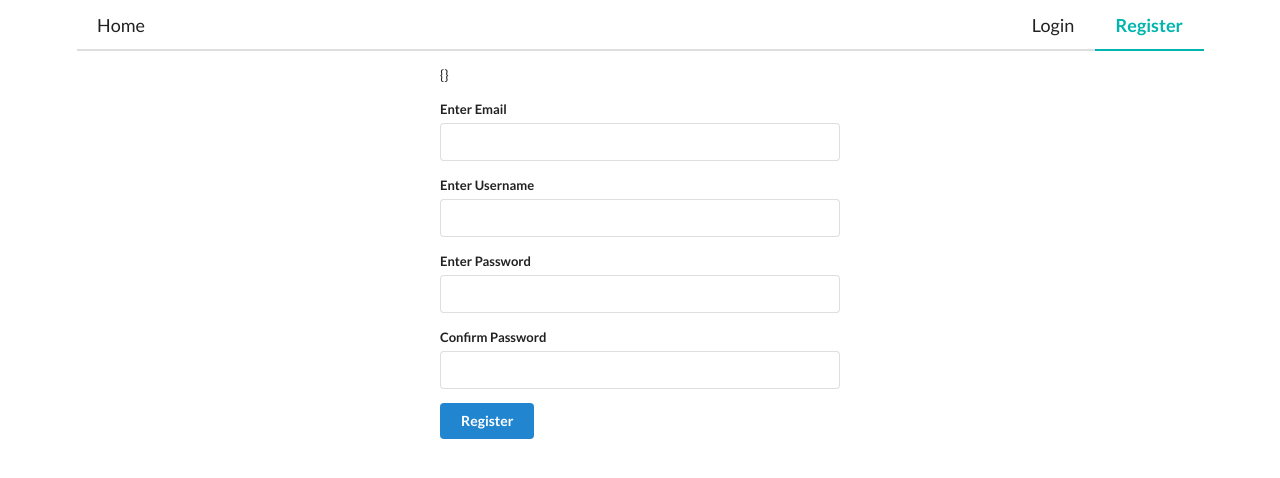
Repository: m-ahmadshaikh/SociaSpark
Page: /register (app in client/)
These files come from the project's save history. The page is drawn as it stood at one moment and after a run of saves; the edit follows.
The browser window is 1280 px wide. The pictures show the whole page.
The project was rebuilt for these pictures with package versions that can differ from the ones it lists, and the page was loaded fresh each time. Also part of the build but not shown: client/vite.config.js, client/src/components/PostCard.jsx, client/src/pages/Home.jsx, client/src/pages/Login.jsx.

Above is the page before, as saved 2022-10-23 15:38:14.

### client/index.html
<!DOCTYPE html>
<html lang="en">
  <head>
    <meta charset="UTF-8" />
    <link rel="icon" type="image/svg+xml" href="/vite.svg" />
    <meta name="viewport" content="width=device-width, initial-scale=1.0" />
    <title>Hi World!</title>
  </head>
  <body>
    <div id="root"></div>
    <script type="module" src="/src/main.js"></script>
  </body>
</html>

### client/src/main.js
import ReactDOM from 'react-dom/client';
import ApolloProvider from './ApolloProvider';

import 'semantic-ui-css/semantic.min.css';

ReactDOM.createRoot(document.getElementById('root')).render(ApolloProvider);

### client/src/ApolloProvider.jsx
import { ApolloClient, ApolloProvider, InMemoryCache } from '@apollo/client';
import App from './App';

const client = new ApolloClient({
  uri: 'http://localhost:4000/',
  cache: new InMemoryCache(),
});

export default (
  <ApolloProvider client={client}>
    <App />
  </ApolloProvider>
);

### client/src/App.jsx
import './App.css';
import { BrowserRouter as Router, Route, Routes } from 'react-router-dom';
import Home from './pages/Home';
import Login from './pages/Login';
import Register from './pages/Register';
import { Container } from 'semantic-ui-react';
import Layout from './layouts/Layout';
function App() {
  return (
    <Router>
      <Routes>
        <Route element={<Layout />}>
          <Route path="/" element={<Home />} />
          <Route path="/login" element={<Login />} />
          <Route path="/register" element={<Register />} />
        </Route>
      </Routes>
    </Router>
  );
}

export default App;

### client/src/App.css
.page-title {
  display: block !important;
  text-align: center;
}

.form-container {
  width: 400px;
  margin: auto;
}

### client/src/pages/Register.jsx
import { gql, useMutation } from '@apollo/client';
import React, { useEffect, useState } from 'react';
import { Button, Form } from 'semantic-ui-react';

const REGISTER_USER = gql`
  mutation RegisterUser($input: RegisterInput) {
    register(input: $input) {
      id
      email
      username
      createdAt
      token
    }
  }
`;
export default function Register() {
  const [register, { data, loading, error }] = useMutation(REGISTER_USER, {});
  const [errors, setErrors] = useState({});
  const [values, setValues] = useState({
    email: '',
    password: '',
    confirmPassword: '',
    username: '',
  });

  useEffect(() => {
    if (data) {
      console.log(data);
    }
    if (error) {
      setErrors(error.graphQLErrors[0].extensions);
    }
  }, [data, error]);

  const changeHandler = (e) => {
    const { name, value } = e.target;
    setValues((prev) => ({ ...prev, [name]: value }));
  };
  const submitHandler = (e) => {
    e.preventDefault();
    register({ variables: { input: values } });
  };

  return (
    <div className="form-container">
      <p>{JSON.stringify(errors, null, 2)}</p>
      <Form className={loading ? 'loading' : ''} onSubmit={submitHandler}>
        <Form.Input
          label="Enter Email"
          type="email"
          name="email"
          onChange={changeHandler}
          value={values.email}
        />
        <Form.Input
          onChange={changeHandler}
          name="username"
          label="Enter Username"
          value={values.username}
        />
        <Form.Input
          onChange={changeHandler}
          label="Enter Password"
          name="password"
          type="password"
          value={values.password}
        />
        <Form.Input
          label="Confirm Password"
          type="password"
          name="confirmPassword"
          onChange={changeHandler}
          value={values.confirmPassword}
        />
        <Button primary type="submit">
          Register
        </Button>
      </Form>
    </div>
  );
}

### client/src/layouts/Layout.jsx
import React from 'react';
import { Outlet } from 'react-router-dom';
import { Container } from 'semantic-ui-react';
import MenuBar from '../components/MenuBar';

export default function Layout() {
  return (
    <div>
      <Container>
        <MenuBar />
        <Outlet />
      </Container>
    </div>
  );
}

### client/src/components/MenuBar.jsx
import React, { Component, useState } from 'react';
import { NavLink } from 'react-router-dom';
import { Menu, Segment } from 'semantic-ui-react';

export default function MenuBar() {
  const [activeItem, setActiveItem] = useState();

  const handleItemClick = (e, { name }) => setActiveItem(name);

  return (
    <Menu pointing secondary size="massive" color="teal">
      <Menu.Item
        name="home"
        active={activeItem === 'home'}
        onClick={handleItemClick}
        to="/"
        end
        as={NavLink}
      />

      <Menu.Menu position="right">
        <Menu.Item
          name="login"
          active={activeItem === 'login'}
          onClick={handleItemClick}
          to="/login"
          as={NavLink}
        />
        <Menu.Item
          name="register"
          active={activeItem === 'register'}
          onClick={handleItemClick}
          to="/register"
          as={NavLink}
        />
      </Menu.Menu>
    </Menu>
  );
}

After the next 2 saves:
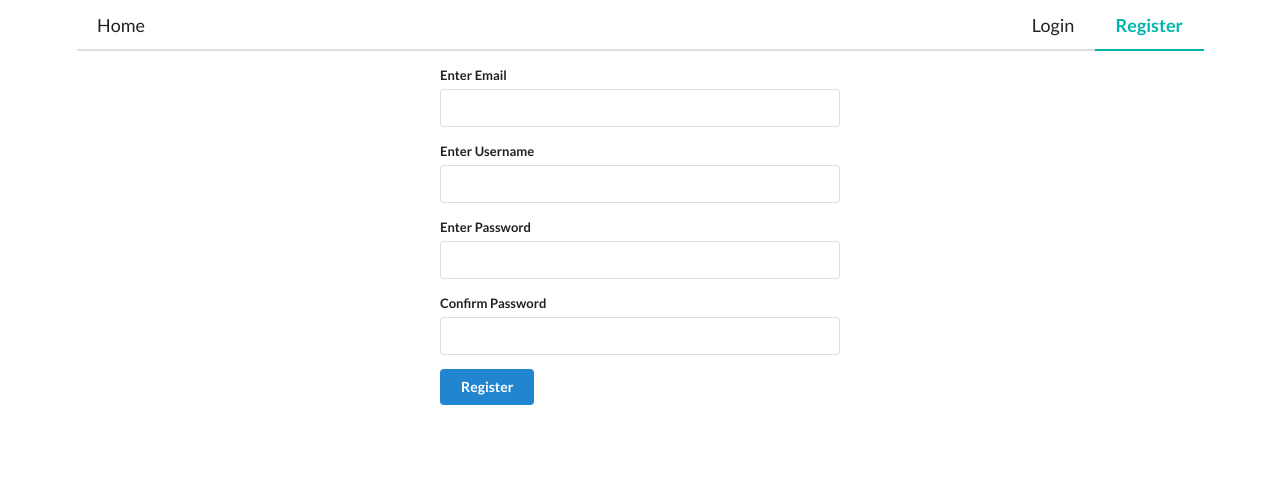
The 2 saves are shown as one change because 1 did not build or start.
The last was saved 36 s later.
--- a/client/src/pages/Register.jsx
+++ b/client/src/pages/Register.jsx
@@ -43,7 +43,7 @@
 
   return (
     <div className="form-container">
-      <p>{JSON.stringify(errors, null, 2)}</p>
+      {Object.keys(errors).length > 0 && <div className="ui"></div>}
       <Form className={loading ? 'loading' : ''} onSubmit={submitHandler}>
         <Form.Input
           label="Enter Email"
